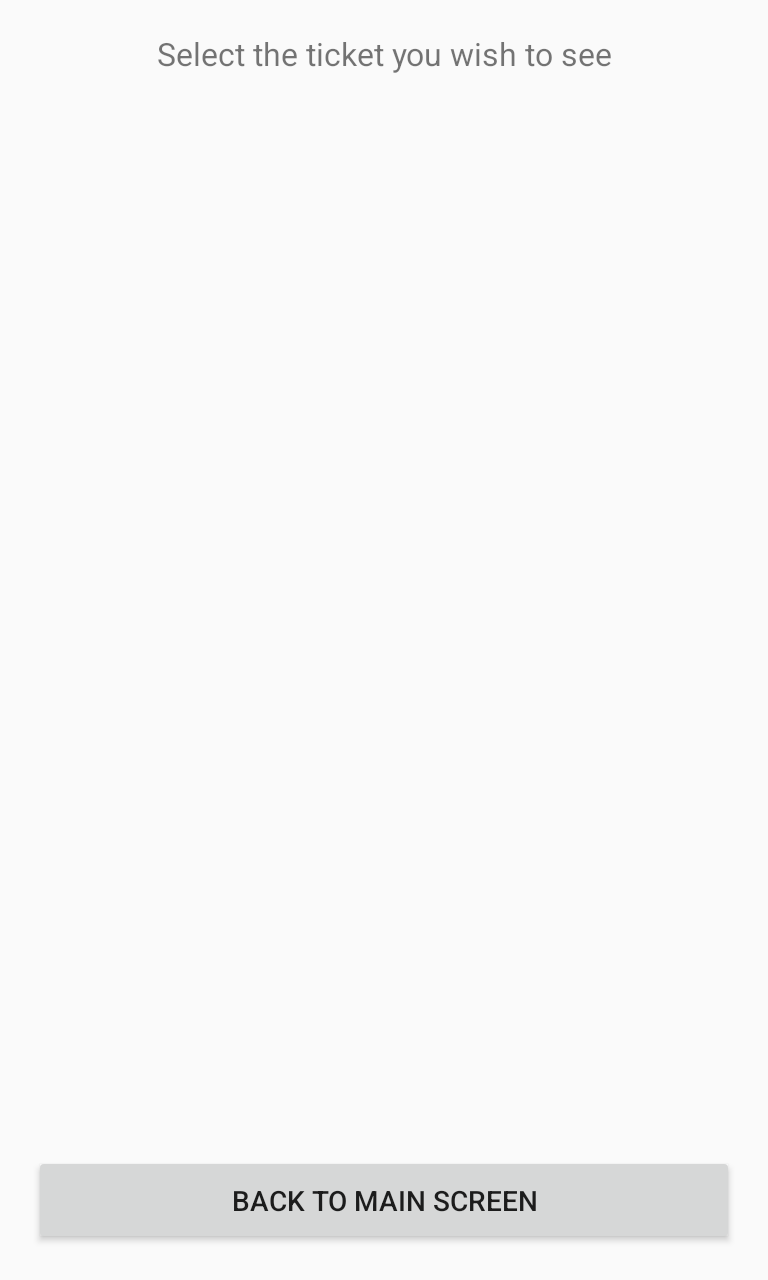
Repository: j-leon/workspace
Layout: ShorexTickets/res/layout/show_downloads.xml
The author's editor kept a copy of each file at every save. The layout is drawn from the files as they stood at one save, then again after the next save.
It is drawn on a 768 x 1280 px phone screen (xhdpi) without system bars, with theme AppTheme; the app's code is not run. Lists and similar views that code fills are empty.

Above is the layout before, as saved 2014-10-09 22:45:58.

After the next save:
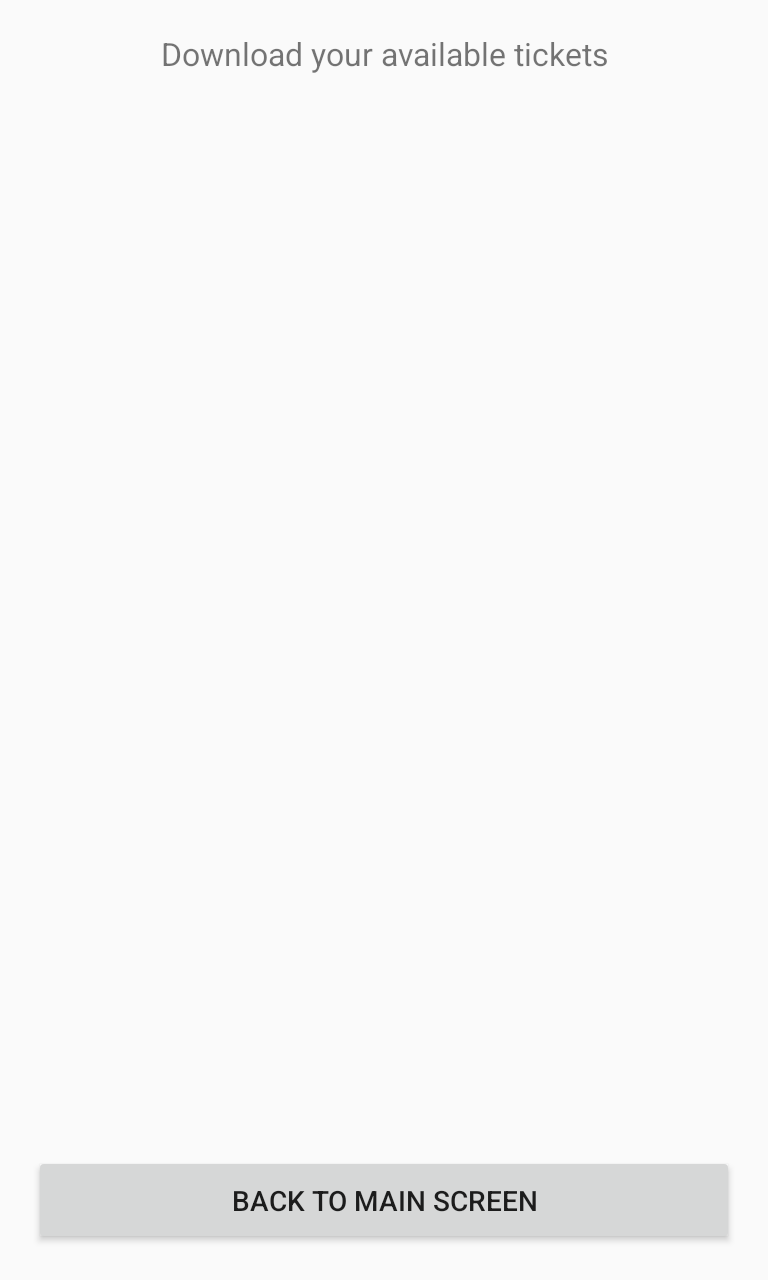
Saved 3 min 11 s later.
--- a/ShorexTickets/res/layout/show_downloads.xml
+++ b/ShorexTickets/res/layout/show_downloads.xml
@@ -15,7 +15,7 @@
         android:layout_width="match_parent"
         android:layout_height="wrap_content"
         android:gravity="center"
-        android:text="@string/mainText"
+        android:text="@string/textDownload"
         android:textSize="16sp" />
 
 
